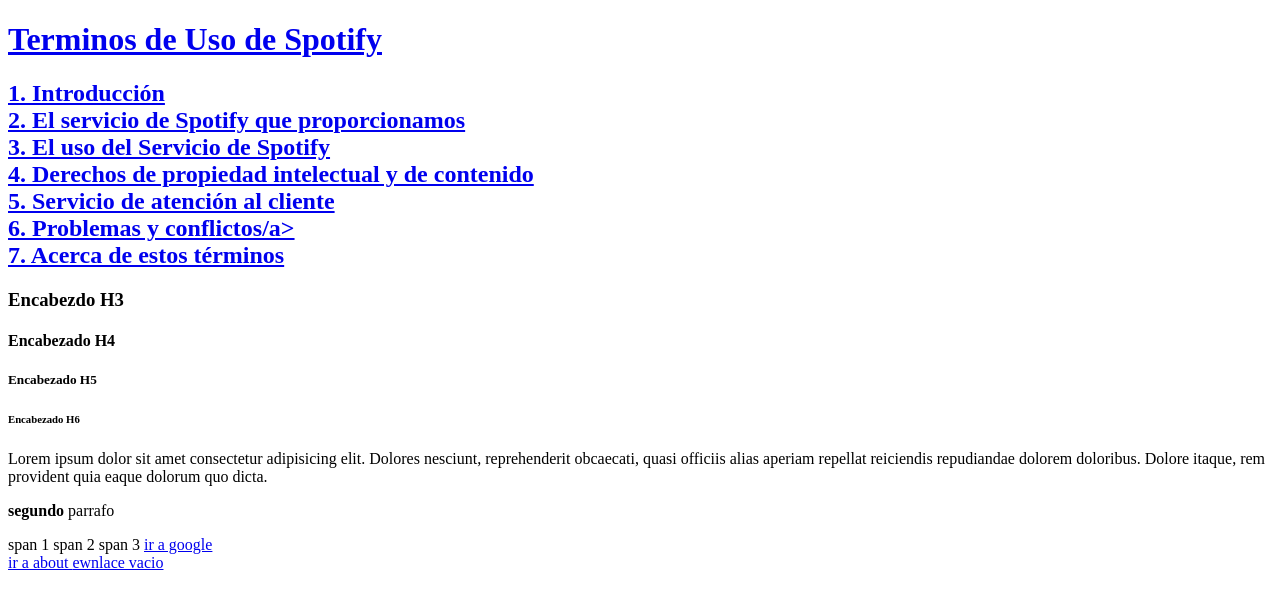
Repository: Devbenitez/Gen_30
Page: Gen_30/maquetado/index.html
These files come from the project's save history. The page is drawn as it stood at one moment and after the next save; the edit follows.
The browser window is 1280 px wide. The pictures show the whole page.

Above is the page before, as saved 2023-10-31 03:39:04.

### Gen_30/maquetado/index.html
<!DOCTYPE html>
<!-- especificamos el lenguage con el que trabaja nuestra pagina -->
<html lang="es">
  <head>
    <meta charset="UTF-8" />
    <meta name="description" content="Primera pagina del modulo de Maquetado" />
    <meta name="author" content="Daniel Benitez" />
    <title>Maquetado - clase 1</title>
  </head>
  <body>
    <!-- etiquetas contededores -->
    <!-- <div>asdasdasd</div>
    <section>dasdasdasd</section>
    <article>asdasd</article>
    <main>
-->
    <main>
      <!--  etiquetas de texto -->
      <h1>
        <a href="#"> Terminos de Uso de Spotify</a></h1>

      <h2>
        <a href="#">1. Introducción</a>
        <br />
        <a href="#">2. El servicio de Spotify que proporcionamos</a>
        <br />
        <a href="#">3. El uso del Servicio de Spotify</a>
        <br />
        <a href="#">4. Derechos de propiedad intelectual y de contenido</a>
        <br />
        <a href="#">5. Servicio de atención al cliente</a>
        <br />
        <a href="#">6. Problemas y conflictos/a>
        <br />
        <a href="#">7. Acerca de estos términos</a>
        <br />
      </h2>
      <h3>Encabezdo H3</h3>
      <h4>Encabezado H4</h4>
      <h5>Encabezado H5</h5>
      <h6>Encabezado H6</h6>
      <!-- parrafos -->
      <p>
        Lorem ipsum dolor sit amet consectetur adipisicing elit. Dolores
        nesciunt, reprehenderit obcaecati, quasi officiis alias aperiam repellat
        reiciendis repudiandae dolorem doloribus. Dolore itaque, rem provident
        quia eaque dolorum quo dicta.
      </p>
      <p><b>segundo </b>parrafo</p>
      <!-- spans -->
      <span> span 1 </span>
      <span> span 2 </span>
      <span> span 3</span>
      <!-- enlaces -->
      <a href="https://www.google.com/" target="_blank"> ir a google </a>
      <br />
      <a href="./pages/about.html"> ir a about </a>
      <a href="#"> ewnlace vacio </a>
      <!-- imagenes
            .jpg | .jpeg
            .png
            .gif
            .svg
            .webp
     -->
        </main>
  </body>
</html>

After the next save:
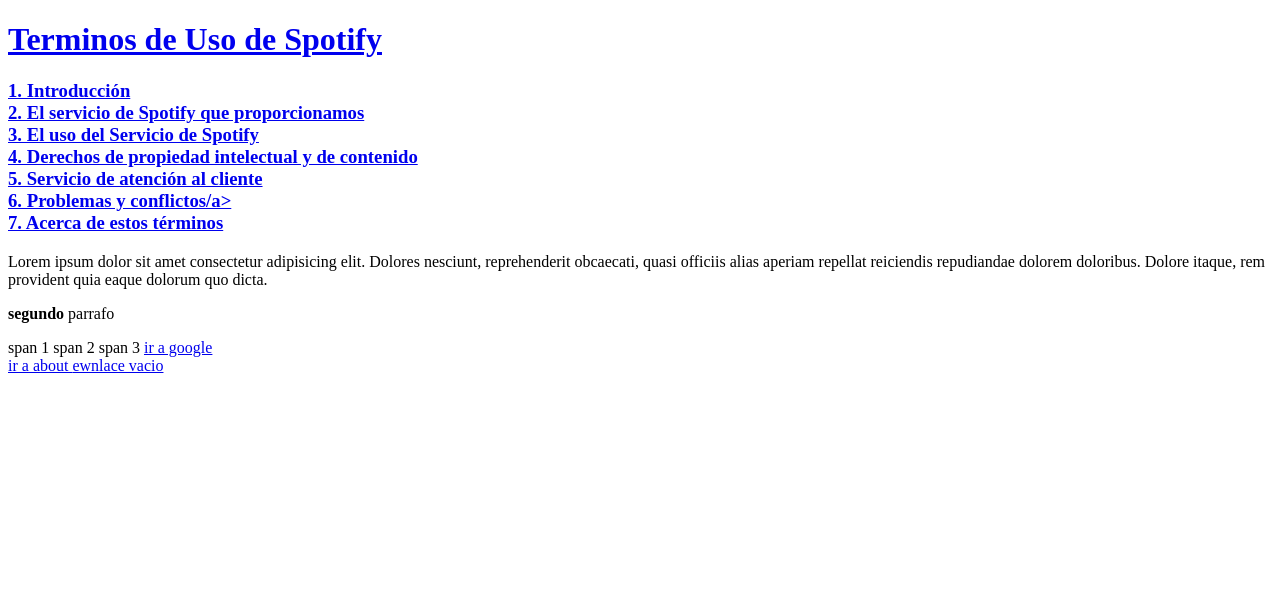
Saved 46 s later.
--- a/Gen_30/maquetado/index.html
+++ b/Gen_30/maquetado/index.html
@@ -19,7 +19,7 @@
       <h1>
         <a href="#"> Terminos de Uso de Spotify</a></h1>
 
-      <h2>
+      <h3>
         <a href="#">1. Introducción</a>
         <br />
         <a href="#">2. El servicio de Spotify que proporcionamos</a>
@@ -34,11 +34,7 @@
         <br />
         <a href="#">7. Acerca de estos términos</a>
         <br />
-      </h2>
-      <h3>Encabezdo H3</h3>
-      <h4>Encabezado H4</h4>
-      <h5>Encabezado H5</h5>
-      <h6>Encabezado H6</h6>
+      </h3>
       <!-- parrafos -->
       <p>
         Lorem ipsum dolor sit amet consectetur adipisicing elit. Dolores
